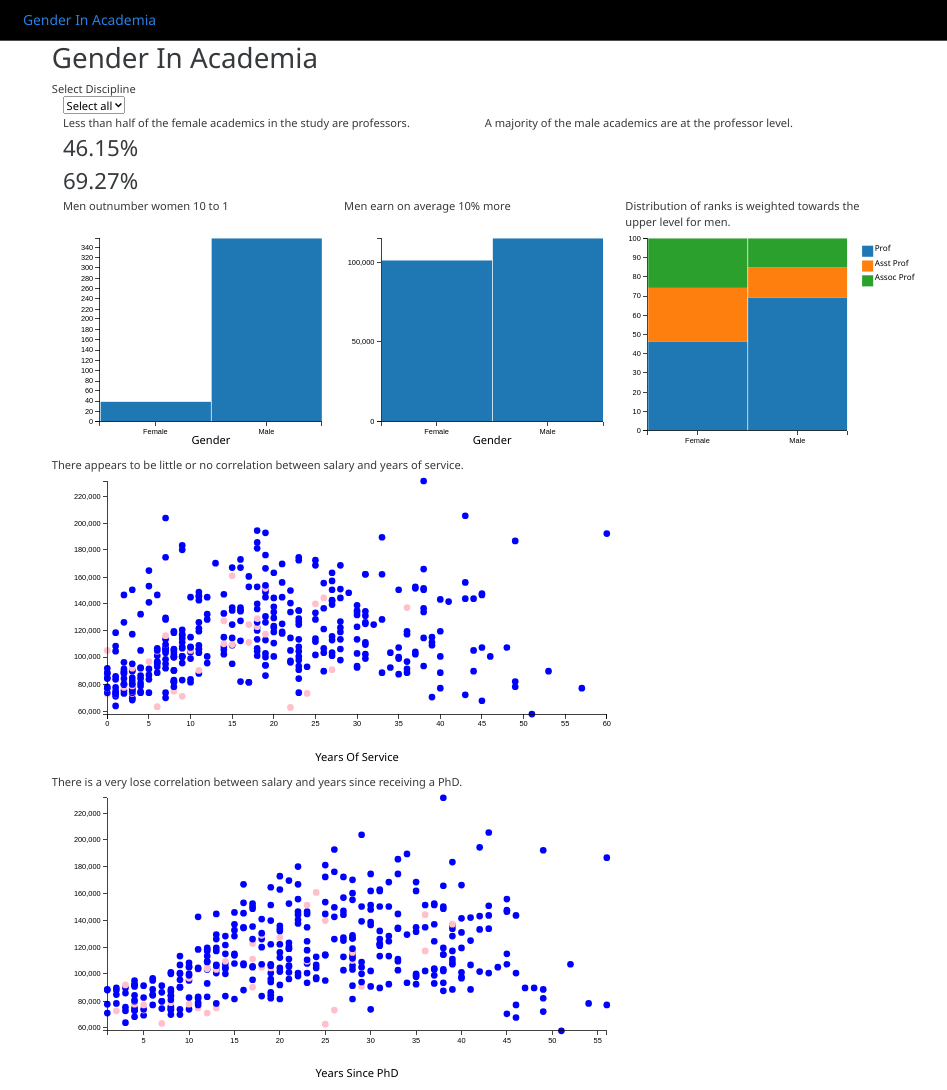
Repository: MartinCurran28/Dashboard
Page: index.html
The author's editor kept a record of every edit. The page is drawn from the files as they stood at one moment, then again after the next edit.
The browser window is 1280 px wide. The pictures show the whole page, at 74% of full size.

Above is the page before.

After the next edit:
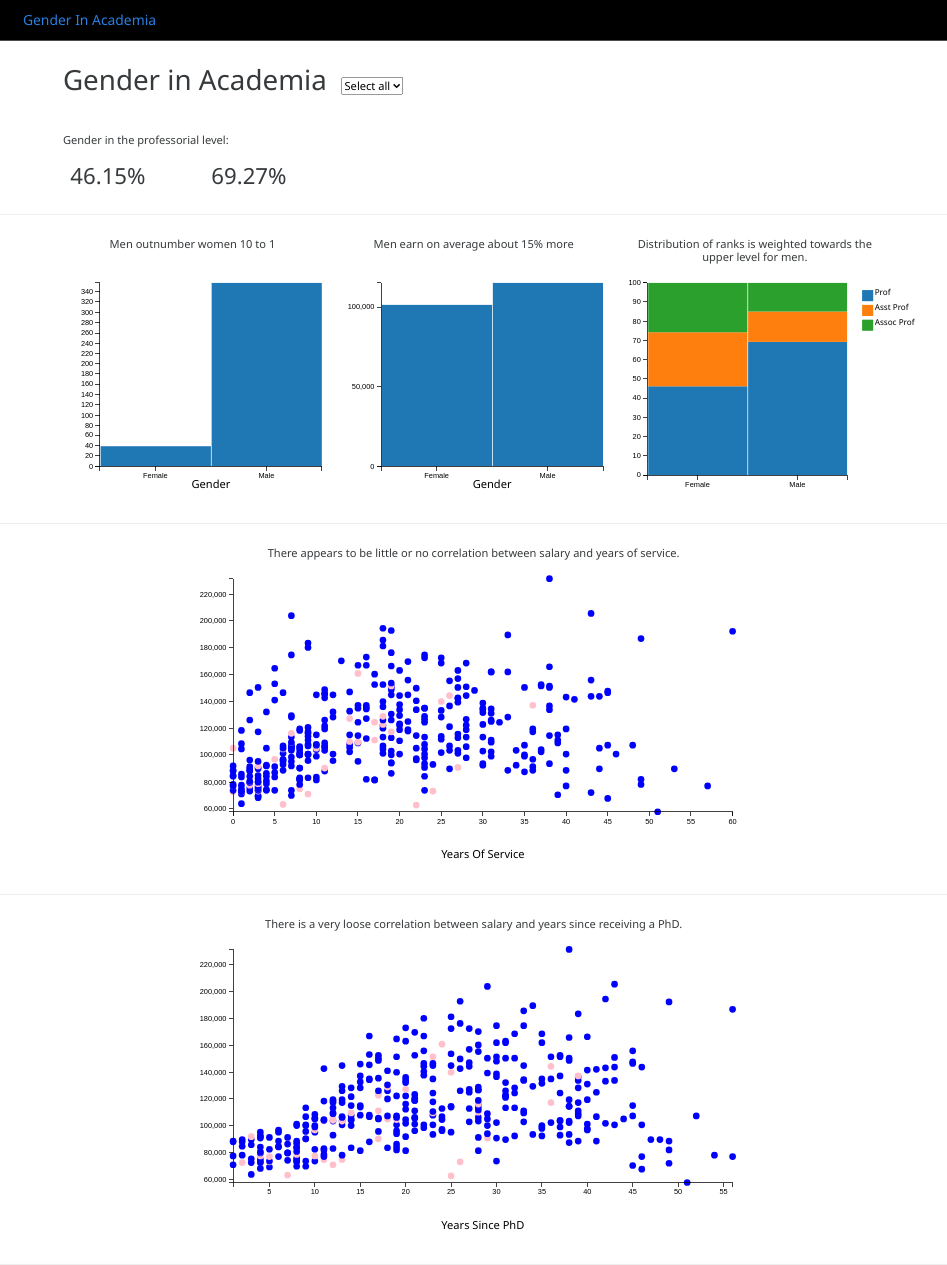
The edit:
--- a/index.html
+++ b/index.html
@@ -29,55 +29,83 @@
         </div>
       </div>
     </nav>
-    <div class="container">
 
-        <div class="row">
-            <h1>Gender In Academia</h1>
+   <main>
+      <section class="section">
+        <div class="container">
+
+          <div class="row">
+            <div class="col-xs-12 col-sm-12">
+              <h1 class="section-heading">Gender in Academia</h1>
+              <div id="discipline-selector"></div>
+            </div>
+          </div>
+
+          <div class="row">
+                    <div class="col-xs-12 col-sm-12">
+                        <p class="section-paragraph">Gender in the professorial level:</p>
+                    </div>
+
+            <div class="col-xs-12 col-sm-6 col-lg-6">
+                <i class="fa fa-female fa-gender" aria-hidden="true"></i> <span class="number-box" id="percent-of-women-professors"></span>
+                <i class="fa fa-male fa-gender" aria-hidden="true"></i> <span class="number-box" id="percent-of-men-professors"></span>
+            </div>
+          </div>
         </div>
-
-        <div class="row">
-            <div class="col-md-offset-5">Select Discipline</div>
-        </div>
-        <div class="row">
-            <div class="col-md-offset-5" id="discipline-selector"></div>
-        </div>
-
-        <div class="row">
-            <div class="col-md-6">Less than half of the female academics in the study are professors.</div>
-            <div class="col-md-6">A majority of the male academics are at the professor level.</div>
-        </div>
-        <div class="row">
-            <div class="col-md-6 number-box" id="percent-of-women-professors"></div>
-            <div class="col-md-6 number-box" id="percent-of-men-professors"></div>
-        </div>
+    </section>
 
 
-        <div class="row">
-            <div class="col-md-4">Men outnumber women 10 to 1</div>
-            <div class="col-md-4">Men earn on average 10% more</div>
-            <div class="col-md-4">Distribution of ranks is weighted towards the upper level for men.</div>
+      <section class="section">
+        <div class="container">
+
+          <div class="row">
+            <div class="col-xs-12 col-sm-4 text-center">
+              <p class="section-paragraph">Men outnumber women 10 to 1</p>
+              </div>
+              <div class="col-xs-12 col-sm-4 text-center">
+                <p class="section-paragraph">Men earn on average about 15% more</p>
+              </div>
+              <div class="col-xs-12 col-sm-4 text-center">
+                            <p class="section-paragraph">Distribution of ranks is weighted towards the upper level for men.</p>
+                        </div>
+            </div>
+
+            <div class="row">
+              <div class="col-xs-12 col-sm-4 text-center" id="gender-balance" class="custom-chart"></div>
+              <div class="col-xs-12 col-sm-4 text-center" id="average-salary" class="custom-chart"></div>
+              <div class="col-xs-12 col-sm-4 text-center" id="rank-distribution" class="custom-chart"></div>
+            </div>
+          </div>
+        </section>
+
+        <section class="section">
+          <div class="container">
+
+            <div class="row">
+              <div class="col-xs-12 col-sm-12 text-center">
+                <p class="section-paragraph">There appears to be little or no correlation between salary and years of service.</p>
+            </div>
+
+            <div class="col-xs-12 col-sm-12 text-center" id="service-salary">
+
+            </div>
+          </div>
         </div>
-        <div class="row">
-            <div class="col-md-4" id="gender-balance"></div>
-            <div class="col-md-4" id="average-salary"></div>
-            <div class="col-md-4" id="rank-distribution"></div>
+      </section>
+
+      <section class="section">
+        <div class="container">
+
+          <div class="row">
+            <div class="col-xs-12 col-sm-12 text-center">
+              <p class="section-paragraph">There is a very loose correlation between salary and years since receiving a PhD.</p>
+            </div>
+
+            <div class="col-xs-12 col-sm-12 text-center" id="phd-salary"></div>
+          </div>
+
         </div>
-
-        <div class="row">
-            <div class="col-md-offset-2">There appears to be little or no correlation between salary and years of service.</div>
-        </div>
-        <div class="row">
-            <div class="col-md-offset-2" id="service-salary"></div>
-        </div>
-
-
-        <div class="row">
-            <div class="col-md-offset-2">There is a very lose correlation between salary and years since receiving a PhD.</div>
-        </div>
-        <div class="row">
-            <div  class="col-md-offset-2" id="phd-salary"></div>
-        </div>
-    </div>
-
+      </section>
+    </main>
 </body>
 </html>
